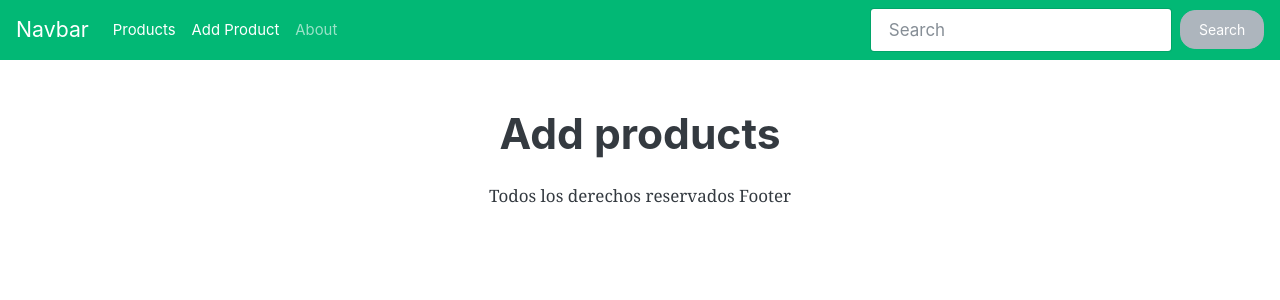
Repository: harrycampaz/router-reactjs
Page: /add-product
These files come from the project's save history. The page is drawn as it stood at one moment and after a run of saves; the edit follows.
The browser window is 1280 px wide. The pictures show the whole page.
The project was rebuilt for these pictures with package versions that can differ from the ones it lists, and the page was loaded fresh each time. Requests to the local data server were answered from the project's data file. Also part of the build but not shown: src/components/Product/Products.js, src/components/Product/EditProduct.js, src/components/Product/Product.js.

Above is the page before, as saved 2020-01-24 21:53:05.

After the next 2 saves:
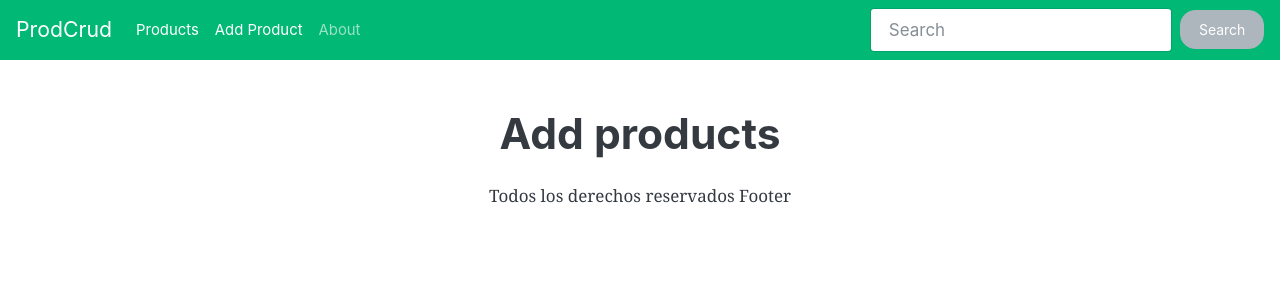
The 2 saves are shown as one change because they came seconds apart.
The last was saved 37 s later.
--- a/src/ui/Header.js
+++ b/src/ui/Header.js
@@ -3,7 +3,7 @@ import { Link, NavLink } from 'react-router-dom';
 
 const Header = (props) => (
     <nav className="navbar navbar-expand-lg navbar-dark bg-dark">
-    <a className="navbar-brand" href="#">Navbar</a>
+    <a className="navbar-brand" href="#">ProdCrud</a>
     <button className="navbar-toggler" type="button" data-toggle="collapse" data-target="#navbarColor03" aria-controls="navbarColor03" aria-expanded="false" aria-label="Toggle navigation">
       <span className="navbar-toggler-icon"></span>
     </button>
